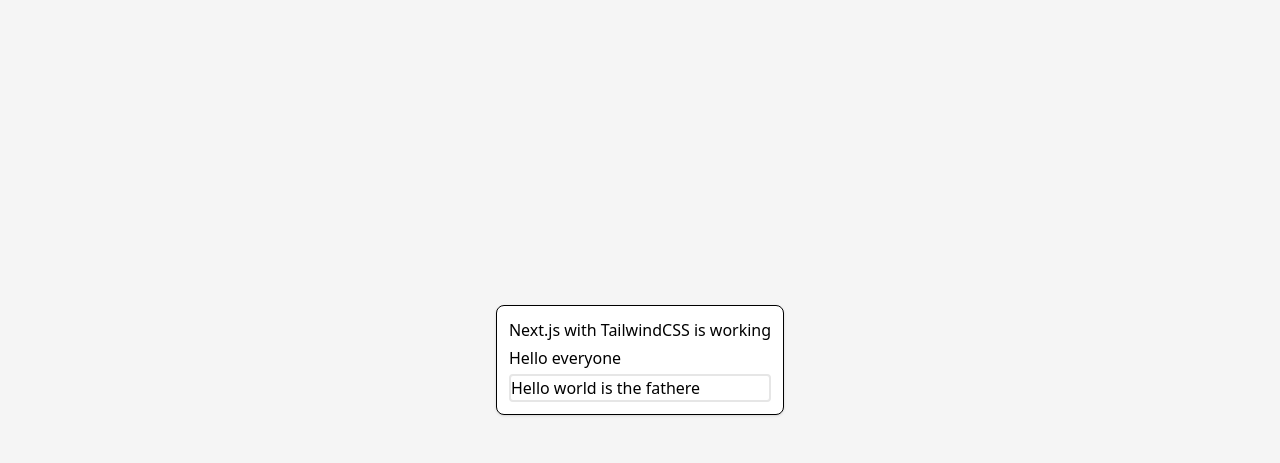
Repository: vignesh33654/resizablesidebar
Page: /
These files come from the project's save history. The page is drawn as it stood at one moment and after the next save; the edit follows.
The browser window is 1280 px wide. The pictures show the whole page.
The project was rebuilt for these pictures with package versions that can differ from the ones it lists, and the page was loaded fresh each time.

Above is the page before, as saved 2025-11-11 12:08:15.

After the next save:
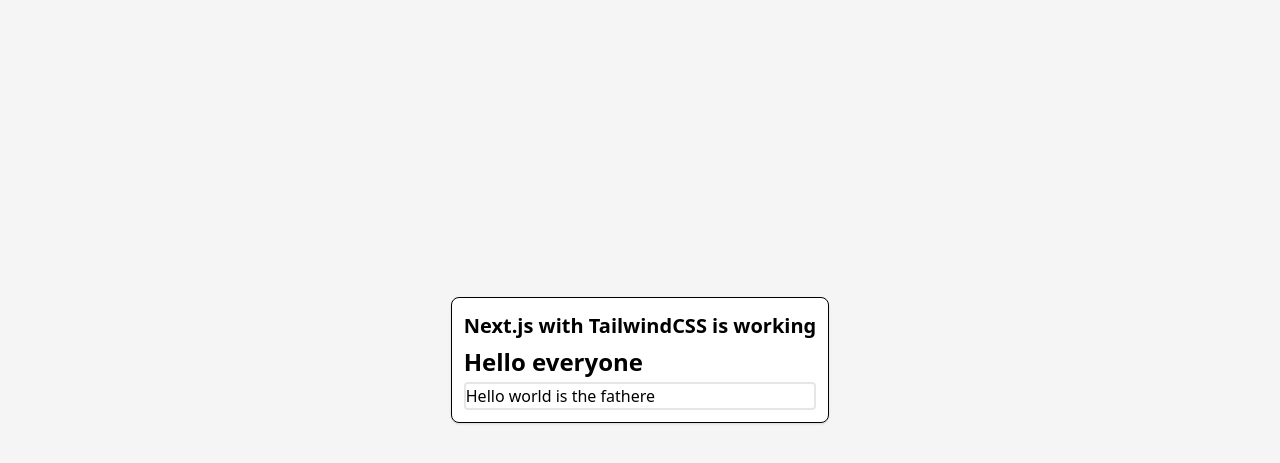
Saved 14 s later.
--- a/src/index.css
+++ b/src/index.css
@@ -20,26 +20,38 @@
 
 
 --text-h1: 30px 600 40px -2.1%;
---text-h2: 24px 600 32px -1.9%;
---text-h3: 20px 600 32px -1.7%;
---text-body-16: 16px 400 24px -1.1%;
---text-body-14: 14px 400 20px -1.1%;
---text-body-13: 13px 400 18px -1.1%;
---text-small-12: 12px 400 16px -1.1%;
---text-small-11: 11px 400 14px -1.1%;
---text-small-10: 10px 400 12px -1.1%;
+--text-h2: 24px;
+--text-h3: 20px;
+--text-body-16: 16px;
+--text-body-14: 14px;
+--text-body-13: 13px;
+--text-small-12: 12px;
+--text-small-11: 11px;
+--text-small-10: 10px;
 }
 @layer base {
   h1 {
-    font-size: var(--text-h1)
+    font-size: var(--text-h1);
+    font-weight: 600;
+    line-height: 40px;
+    letter-spacing: -2.1%;
   }
   h2 {
     font-size: var(--text-h2);
+    font-weight: 600;
+    line-height: 32px;
+    letter-spacing: -1.9%;
   }
   h3 {
     font-size: var(--text-h3);
+    font-weight: 600;
+    line-height: 32px;
+    letter-spacing: -1.7%;
   }
   p {
     font-size: var(--text-body-16);
+    font-weight: 400;
+    line-height: 24px;
+    letter-spacing: -1.1%;
   }
 }
